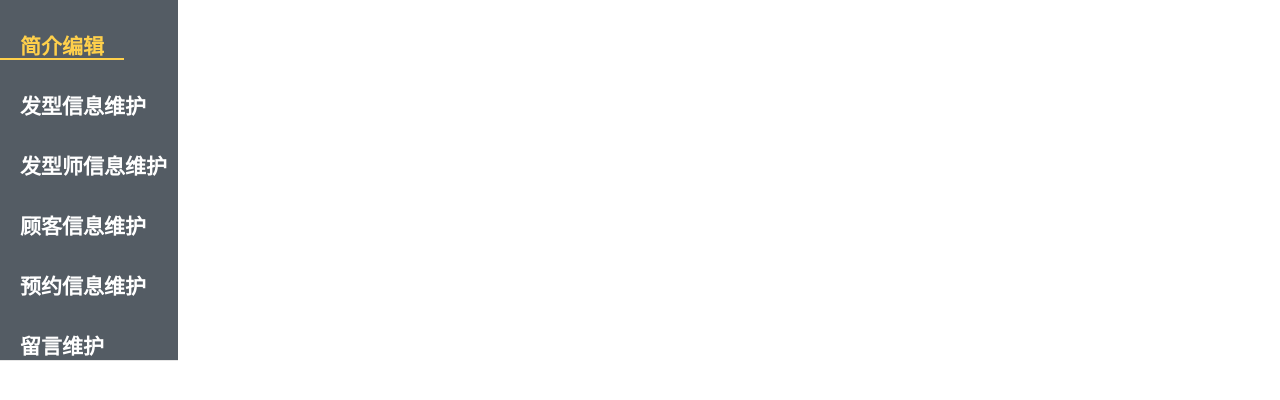
Repository: cjl0805/graduation-design-front
Page: /back/home
An editor plug-in stored every save of this project. The page is shown before and after the next save, followed by the edit.
The browser window is 1280 px wide. The pictures show the whole page.
The project was rebuilt for these pictures with package versions that can differ from the ones it lists, and the page was loaded fresh each time. Also part of the build but not shown: vue.config.js, src/components/RotationChart.vue, src/components/NavigationBar.vue, src/components/HairStylist.vue, src/components/HairStyle.vue, src/views/font/HairStyleView.vue, src/views/font/HairStylistView.vue, src/views/font/HomeView.vue and 17 more.

Above is the page before, as saved 2023-04-18 08:59:01.

After the next save:
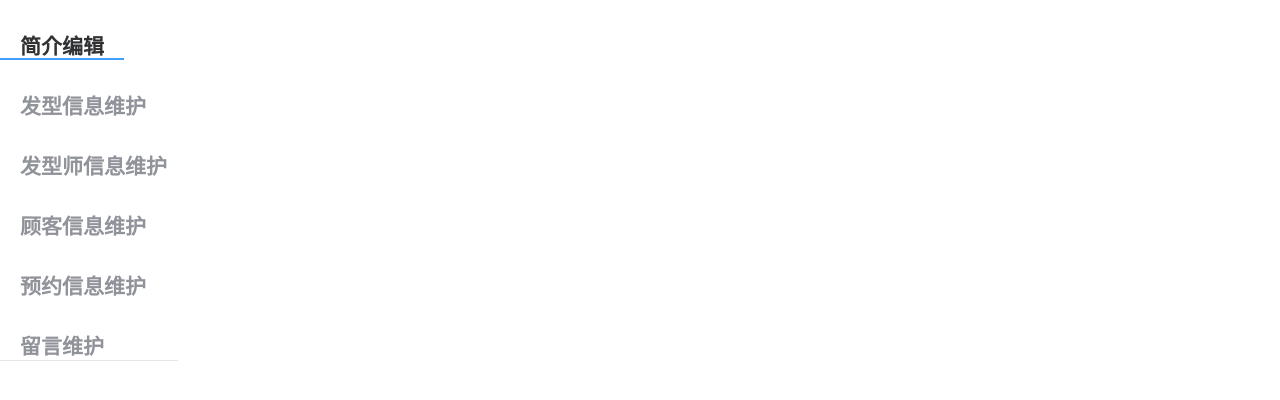
Saved 16 s later.
--- a/src/views/back/MainView.vue
+++ b/src/views/back/MainView.vue
@@ -3,14 +3,8 @@
     <div class="aside">
       <el-aside width="178px"
         ><el-menu
-          height="800px"
           default-active="1"
           class="el-menu-demo"
-          @open="handleOpen"
-          @close="handleClose"
-          background-color="#545c64"
-          text-color="#fff"
-          active-text-color="#ffd04b"
           mode="horizontal"
         >
           <el-menu-item index="1">
